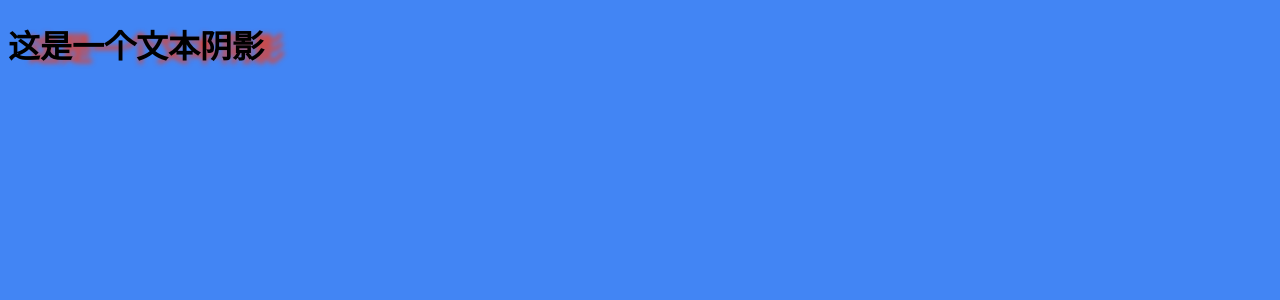
Repository: LstHeart/html-learning
Page: css3/文本阴影.html
An editor plug-in stored every save of this project. The page is shown before and after the next save, followed by the edit.
The browser window is 1280 px wide. The pictures show the whole page.

Above is the page before, as saved 2021-01-11 16:35:06.

After the next save:
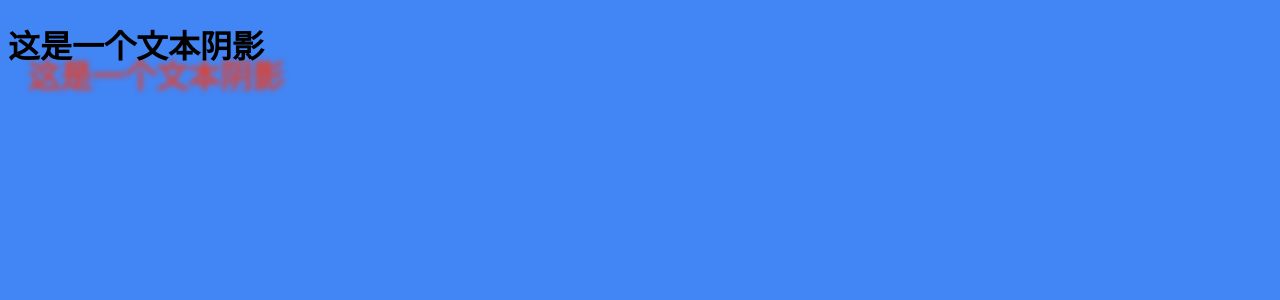
Saved 10 s later.
--- a/css3/文本阴影.html
+++ b/css3/文本阴影.html
@@ -10,7 +10,7 @@
             background-color: #4285f4;
         }
         h1{
-            text-shadow: 20px    3px 5px  #db4437;
+            text-shadow: 20px 30px 5px  #db4437;
         }
     </style>
 </head>
